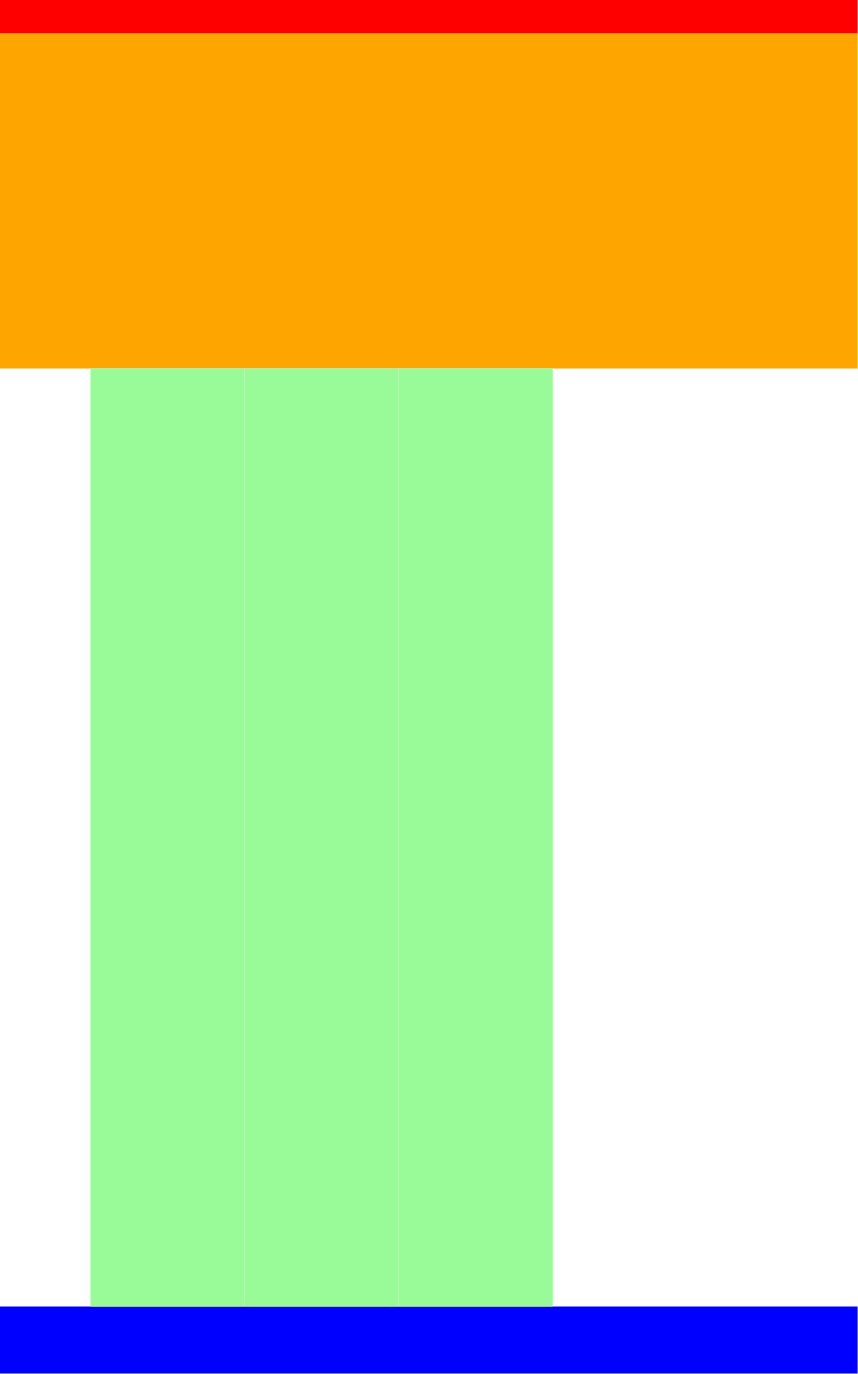
Repository: kawasemi70/1-3
Page: 1-4/1-4.html
The author's editor kept a record of every edit. The page is drawn from the files as they stood at one moment, then again after the next edit.
The browser window is 1280 px wide. The pictures show the whole page, at 67% of full size.

Above is the page before.

### 1-4/1-4.html
<!DOCTYPE html>
<html lang="ja">
  <head>
    <meta charset="utf-8"/>
    <link rel="stylesheet" href="1-4.css"/>
    <title>1-4</title>
  </head>

  <body>
    <div class="header"></div>

    <div class="main-visual"></div>

    <div class="main">

      <div class="sidebar-right"></div>

      <div class="blog"></div>

      <div class="sidebar-left"></div>
    </div>

    <div class="footer"></div>

  </body>

</html>

### 1-4/1-4.css
* {
  margin: 0;
  padding: 0;
  box-sizing: border-box;
}

.header {
  width: 100%;
  height: 50px;
  background-color: red;
}

.main-visual {
  width: 100%;
  height: 500px;
  background-color: orange;
}

.main {
  width: 960px;
  display: flex;
  justify-content: center;
  margin: 0;
}
.sidebar-right {
  width:230px;
  height:1400px;
  background-color:palegreen;
}
.blog {
  width: 230px;
  height: 1400px;
  background-color:palegreen;
}
.sidebar-left {
  width:230px;
  height: 1400px;
  background-color:palegreen;

}

.footer {
  width: 100%;
  height: 100px;
  background-color:blue;
}

After the next edit:
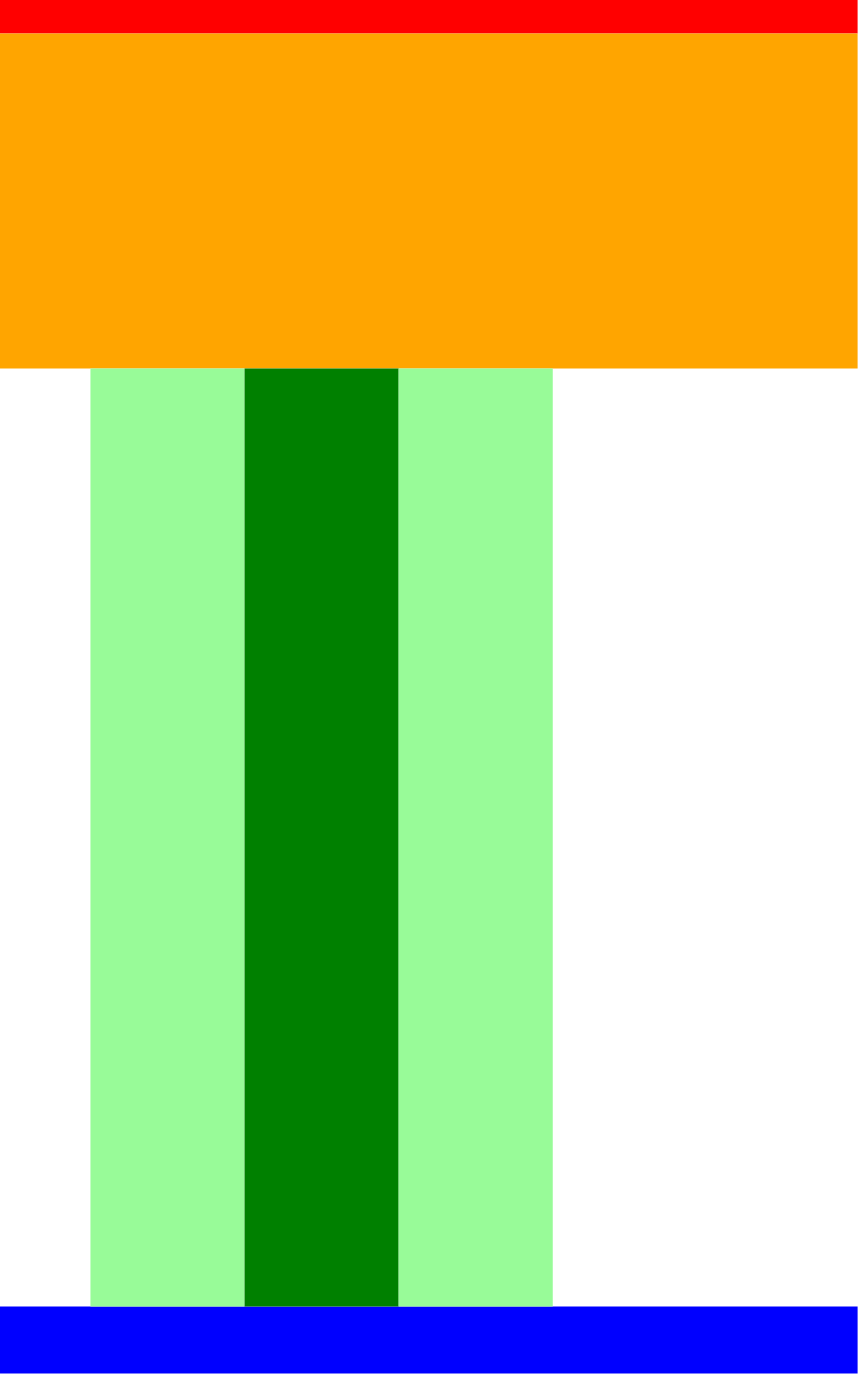
The edit:
--- a/1-4/1-4.css
+++ b/1-4/1-4.css
@@ -30,7 +30,7 @@
 .blog {
   width: 230px;
   height: 1400px;
-  background-color:palegreen;
+  background-color:green;
 }
 .sidebar-left {
   width:230px;
